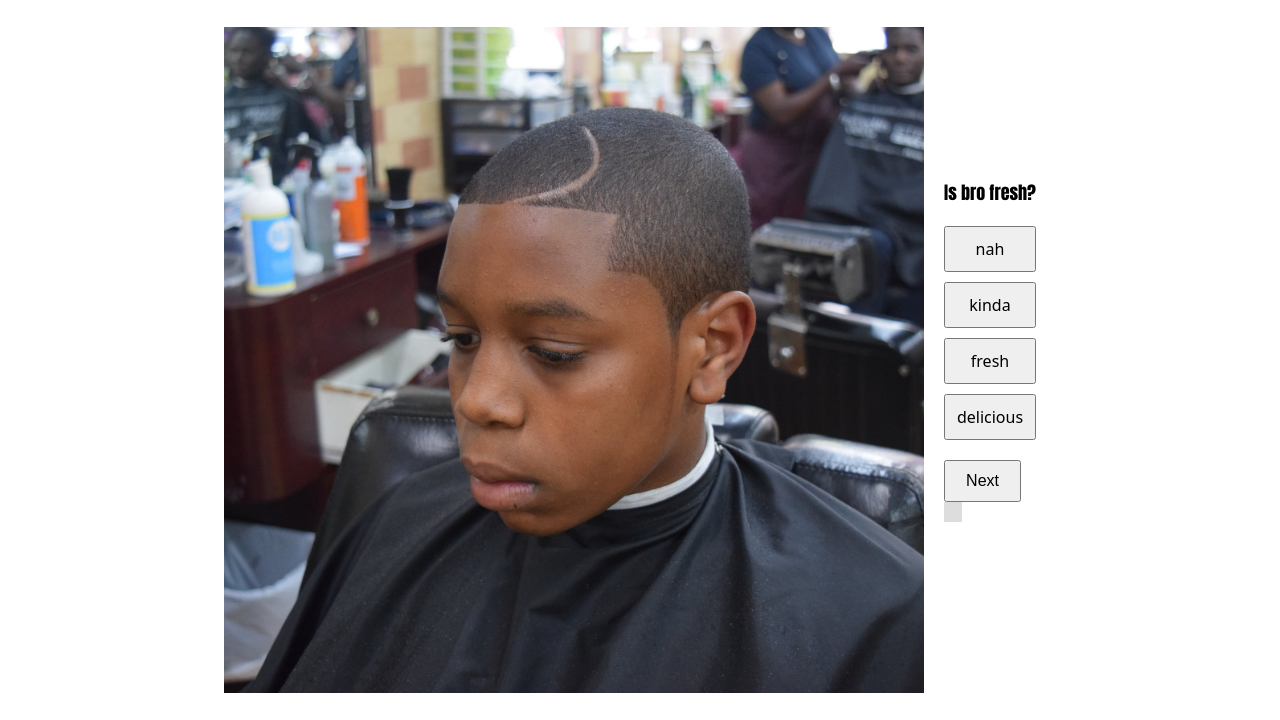
Repository: anderscederberg11/unhandledRuntimeError.json
Page: Henver/henver2.html
These files come from the project's save history. The page is drawn as it stood at one moment and after the next save; the edit follows.
The browser window is 1280 px wide. The pictures show the whole page.

Above is the page before, as saved 2024-05-24 18:57:47.

After the next save:
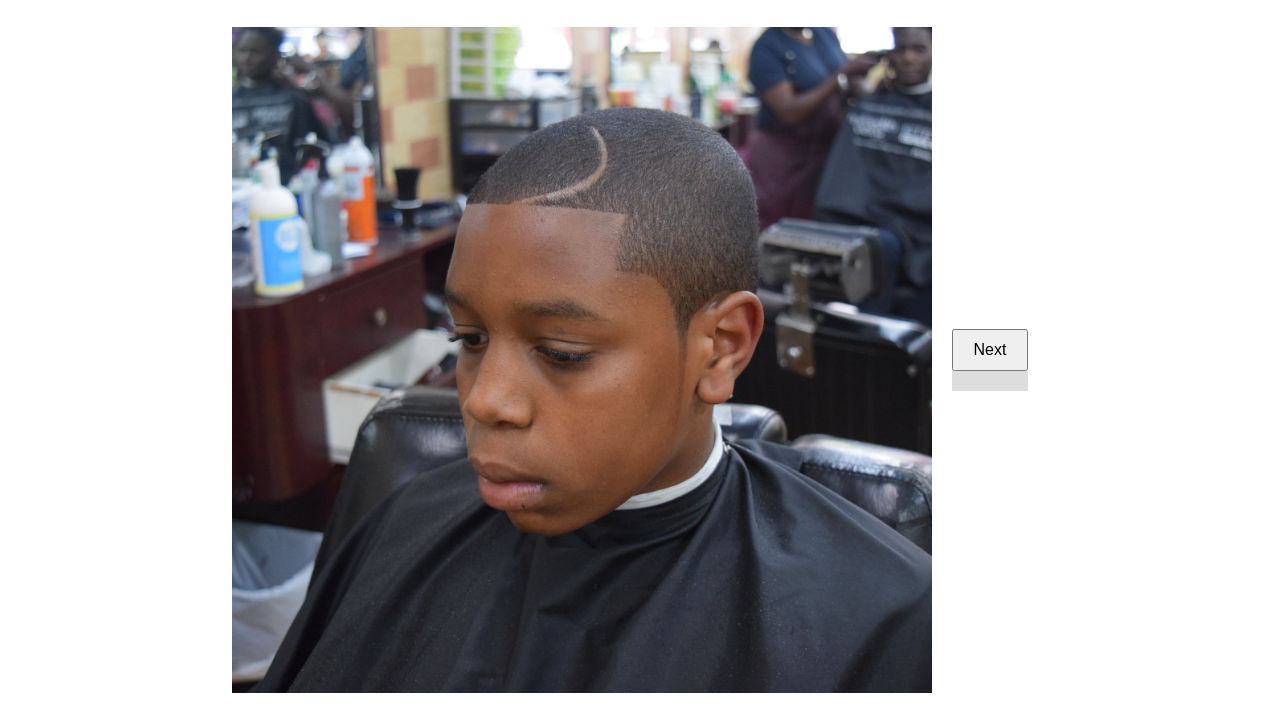
Console error: SyntaxError: Unexpected token ')'
Saved 76 s later.
--- a/Henver/henver2.html
+++ b/Henver/henver2.html
@@ -95,7 +95,7 @@
         }
 
         function redirect() {
-            alert("Redirecting to another page...");
+            window.location.href = "henver3.html");
         }
 
         loadQuestion();

After the save that followed:
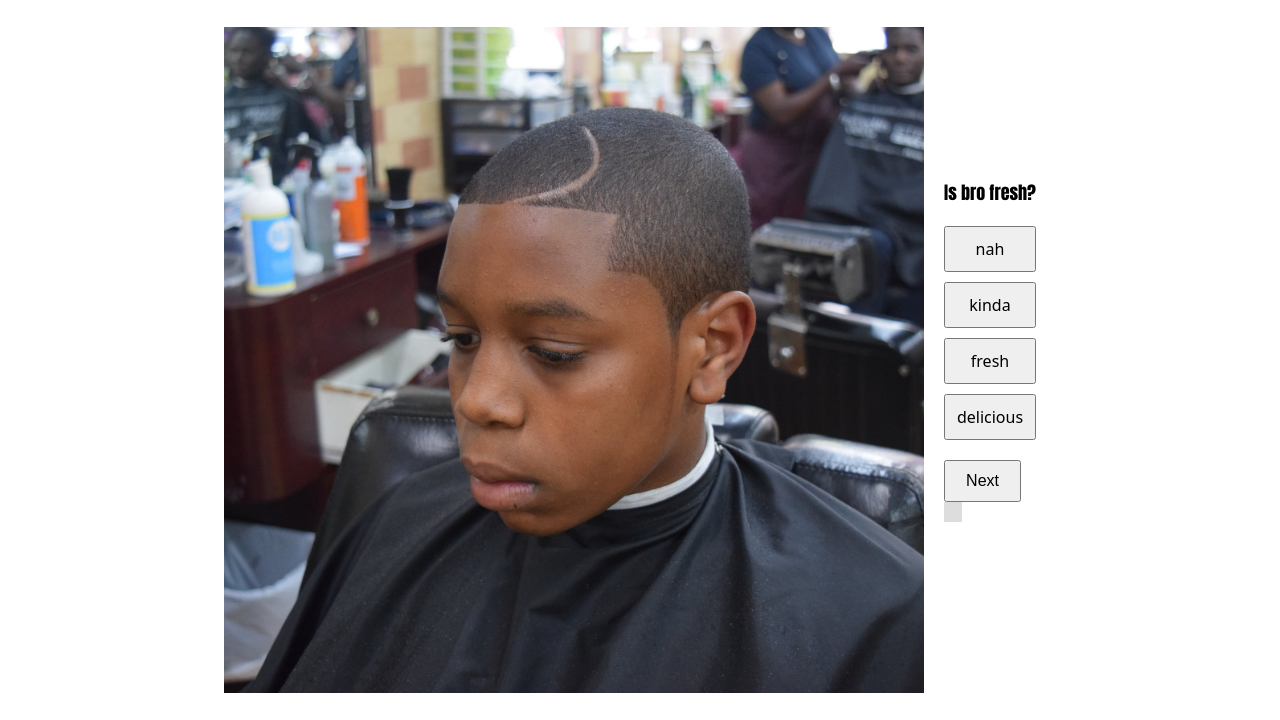
The error is gone.
Saved 25 s later.
--- a/Henver/henver2.html
+++ b/Henver/henver2.html
@@ -95,7 +95,7 @@
         }
 
         function redirect() {
-            window.location.href = "henver3.html");
+            window.location.href = "henver3.html";
         }
 
         loadQuestion();
